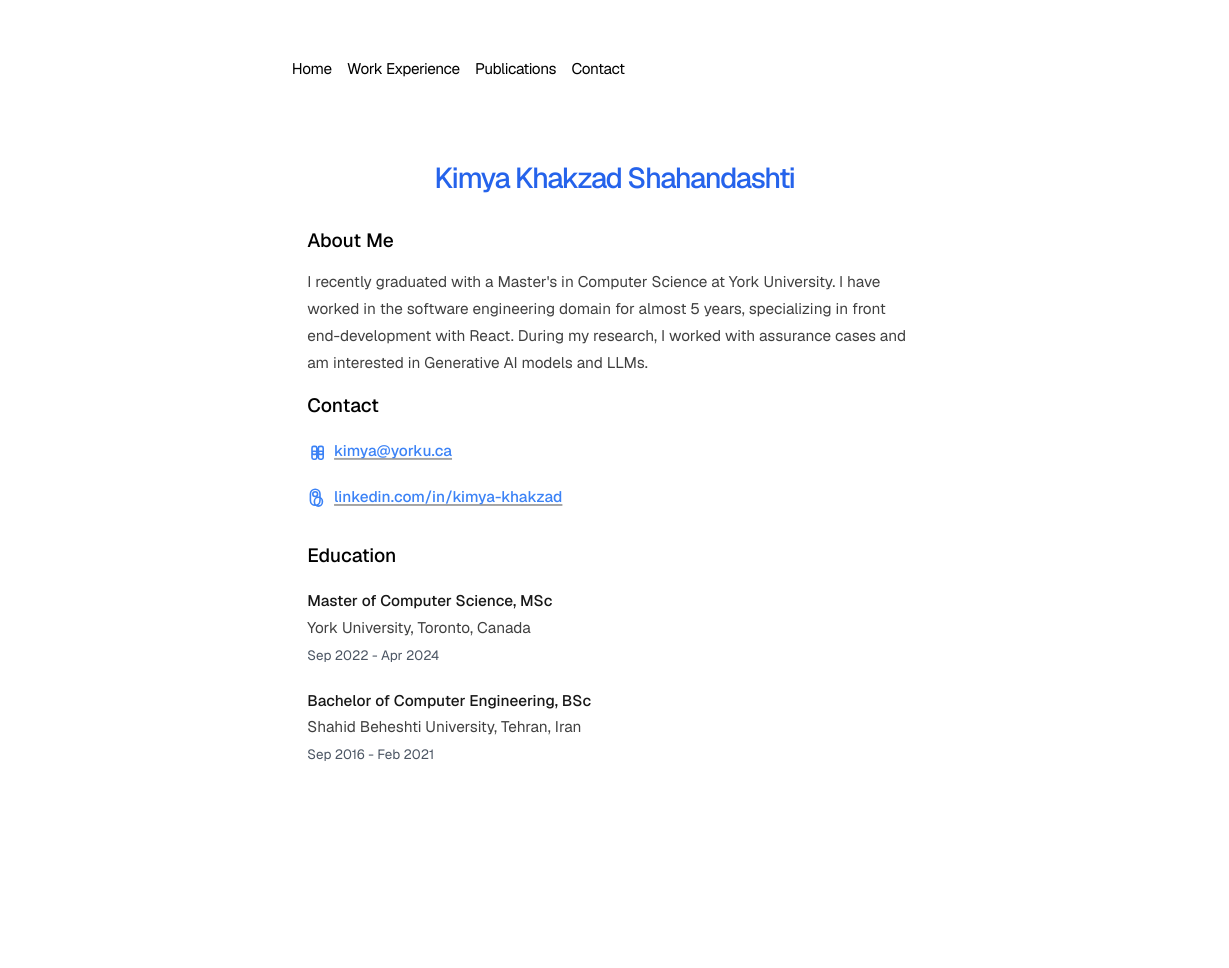
Repository: kimixz/kimixz.github.io
Page: /
An editor plug-in stored every save of this project. The page is shown before and after the next save, followed by the edit.
The browser window is 1280 px wide. The pictures show the whole page, at 96% of full size.
The project was rebuilt for these pictures with package versions that can differ from the ones it lists, and the page was loaded fresh each time. Some packages were replaced by stand-ins written for this rebuild. The framework's server and built-in components were replaced by stand-ins that run in the browser. Also part of the build but not shown: next.config.mjs, app/blog/[slug]/sandpack.tsx.

Above is the page before, as saved 2024-07-28 18:55:51.

### app/page.tsx
export default function Page() {
  return (
    <section className="max-w-3xl mx-auto p-4">
      <h1 className="font-medium text-3xl mb-8 tracking-tighter text-center text-blue-600 dark:text-blue-400">Kimya Khakzad Shahandashti</h1>

      <section className="mb-8">
        <h2 className="font-medium text-xl mb-4">About Me</h2>
        <p className="prose prose-neutral dark:prose-invert">
          I recently graduated with a Master's in Computer Science at York University. I have worked in the software engineering domain for almost 5 years, specializing in front end-development with React.
          During my research, I worked with assurance cases and am interested in Generative AI models and LLMs.
        </p>
        <div className="mt-4">
          <h2 className="font-medium text-xl mb-4">Contact</h2>
          <p className="prose prose-neutral dark:prose-invert">
            <a href="mailto:kimya@yorku.ca" className="text-blue-500 flex items-center">
              <svg xmlns="http://www.w3.org/2000/svg" className="h-5 w-5 mr-2" fill="none" viewBox="0 0 24 24" stroke="currentColor">
                <path strokeLinecap="round" strokeLinejoin="round" strokeWidth={2} d="M16 12h2a2 2 0 012 2v6a2 2 0 01-2 2h-2a2 2 0 01-2-2v-6a2 2 0 012-2zm-8 0h2a2 2 0 012 2v6a2 2 0 01-2 2H8a2 2 0 01-2-2v-6a2 2 0 012-2zm8-6h2a2 2 0 012 2v6a2 2 0 01-2 2h-2a2 2 0 01-2-2V8a2 2 0 012-2zm-8 0h2a2 2 0 012 2v6a2 2 0 01-2 2H8a2 2 0 01-2-2V8a2 2 0 012-2z" />
              </svg>
              kimya@yorku.ca
            </a>
            <a href="https://linkedin.com/in/kimya-khakzad" className="text-blue-500 flex items-center mt-2">
              <svg xmlns="http://www.w3.org/2000/svg" className="h-5 w-5 mr-2" fill="none" viewBox="0 0 24 24" stroke="currentColor">
                <path strokeLinecap="round" strokeLinejoin="round" strokeWidth={2} d="M16 8a6 6 0 00-12 0v8a6 6 0 0012 0V8zm-6-3a3 3 0 110 6 3 3 0 010-6zm9 12a5 5 0 00-10 0v1a5 5 0 0010 0v-1z" />
              </svg>
              linkedin.com/in/kimya-khakzad
            </a>
          </p>
        </div>
      </section>

      <section className="mb-8">
        <h2 className="font-medium text-xl mb-4">Education</h2>
        <div className="prose prose-neutral dark:prose-invert">
          <div className="mb-4">
            <strong>Master of Computer Science, MSc</strong><br />
            York University, Toronto, Canada<br />
            <span className="text-sm text-gray-600 dark:text-gray-400">Sep 2022 - Apr 2024</span>
          </div>
          <div>
            <strong>Bachelor of Computer Engineering, BSc</strong><br />
            Shahid Beheshti University, Tehran, Iran<br />
            <span className="text-sm text-gray-600 dark:text-gray-400">Sep 2016 - Feb 2021</span>
          </div>
        </div>
      </section>
    </section>
  );
}

### app/global.css
@tailwind base;
@tailwind components;
@tailwind utilities;

::selection {
  background-color: #47a3f3;
  color: #fefefe;
}

:root {
  --sh-class: #2d5e9d;
  --sh-identifier: #354150;
  --sh-sign: #8996a3;
  --sh-string: #007f7a;
  --sh-keyword: #e02518;
  --sh-comment: #a19595;
  --sh-jsxliterals: #6266d1;
  --sh-property: #e25a1c;
  --sh-entity: #e25a1c;
}

@media (prefers-color-scheme: dark) {
  :root {
    --sh-class: #4c97f8;
    --sh-identifier: white;
    --sh-keyword: #f47067;
    --sh-string: #0fa295;
  }
  html {
    color-scheme: dark;
  }
}

html {
  min-width: 360px;
}

.prose .anchor {
  @apply absolute invisible no-underline;

  margin-left: -1em;
  padding-right: 0.5em;
  width: 80%;
  max-width: 700px;
  cursor: pointer;
}

.anchor:hover {
  @apply visible;
}

.prose a {
  @apply transition-all decoration-neutral-400 dark:decoration-neutral-600 underline-offset-2 decoration-[0.1em];
}

.prose .anchor:after {
  @apply text-neutral-300 dark:text-neutral-700;
  content: '#';
}

.prose *:hover > .anchor {
  @apply visible;
}

.prose pre {
  @apply bg-neutral-50 dark:bg-neutral-900 rounded-lg overflow-x-auto border border-neutral-200 dark:border-neutral-900;
}

.prose code {
  @apply px-1 py-0.5 rounded-lg;
}

.prose pre code {
  @apply p-0;
  border: initial;
  line-height: 1.5;
}

.prose code span {
  @apply font-medium;
}

.prose img {
  /* Don't apply styles to next/image */
  @apply m-0;
}

.prose h2,
h3,
h4 {
  @apply font-medium tracking-tighter !important;
}

.prose strong {
  @apply font-medium;
}

.prose > :first-child {
  /* Override removing top margin, causing layout shift */
  margin-top: 1.25em !important;
  margin-bottom: 1.25em !important;
}

pre::-webkit-scrollbar {
  display: none;
}

pre {
  -ms-overflow-style: none; /* IE and Edge */
  scrollbar-width: none; /* Firefox */
}

/* Remove Safari input shadow on mobile */
input[type='text'],
input[type='email'] {
  -webkit-appearance: none;
  -moz-appearance: none;
  appearance: none;
}

.prose .tweet a {
  text-decoration: inherit;
  font-weight: 500;
}

table {
  display: block;
  max-width: fit-content;
  overflow-x: auto;
  white-space: nowrap;
}

.prose .callout > p {
  margin: 0 !important;
}

.title {
  text-wrap: balance;
}

### app/components/nav.tsx
import Link from 'next/link';

const navItems = {
  '/': {
    name: 'Home',
  },
  '/work': {
    name: 'Work Experience',
  },
  '/publications': {
    name: 'Publications',
  },
  '/contact': {
    name: 'Contact',
  },
};

export function Navbar() {
  return (
    <aside className="-ml-[8px] mb-16 tracking-tight">
      <div className="lg:sticky lg:top-20">
        <nav
          className="flex flex-row items-start relative px-0 pb-0 fade md:overflow-auto scroll-pr-6 md:relative"
          id="nav"
        >
          <div className="flex flex-row space-x-0 pr-10">
            {Object.entries(navItems).map(([path, { name }]) => {
              return (
                <Link
                  key={path}
                  href={path}
                  className="transition-all hover:text-neutral-800 dark:hover:text-neutral-200 flex align-middle relative py-1 px-2"
                >
                  {name}
                </Link>
              );
            })}
          </div>
        </nav>
      </div>
    </aside>
  );
}

Loaded but not shown: app/layout.tsx (common file); tailwind.config.ts (common file)

After the next save:
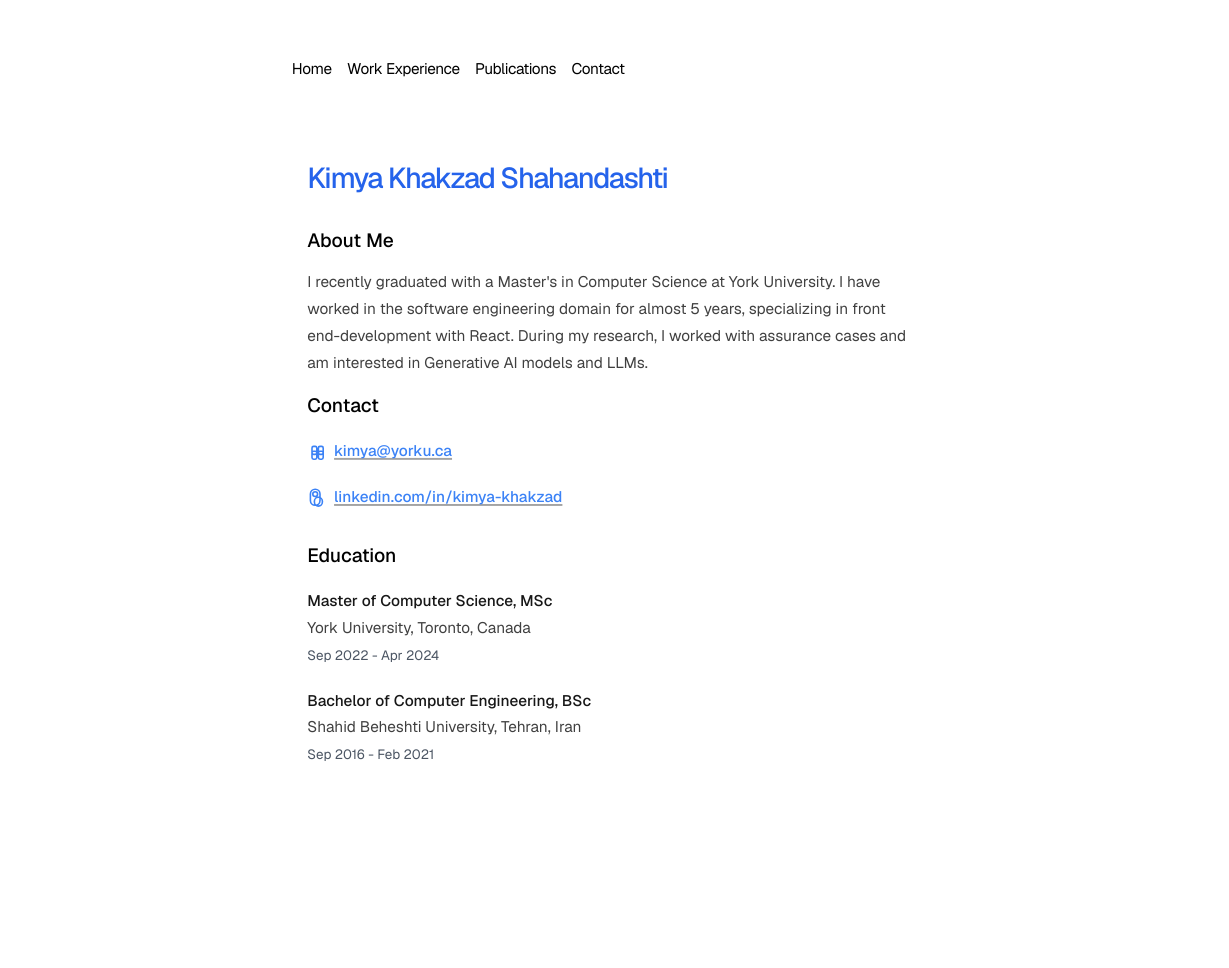
Saved 10 s later.
--- a/app/page.tsx
+++ b/app/page.tsx
@@ -1,7 +1,7 @@
 export default function Page() {
   return (
     <section className="max-w-3xl mx-auto p-4">
-      <h1 className="font-medium text-3xl mb-8 tracking-tighter text-center text-blue-600 dark:text-blue-400">Kimya Khakzad Shahandashti</h1>
+      <h1 className="font-medium text-3xl mb-8 tracking-tighter  text-blue-600 dark:text-blue-400">Kimya Khakzad Shahandashti</h1>
 
       <section className="mb-8">
         <h2 className="font-medium text-xl mb-4">About Me</h2>
